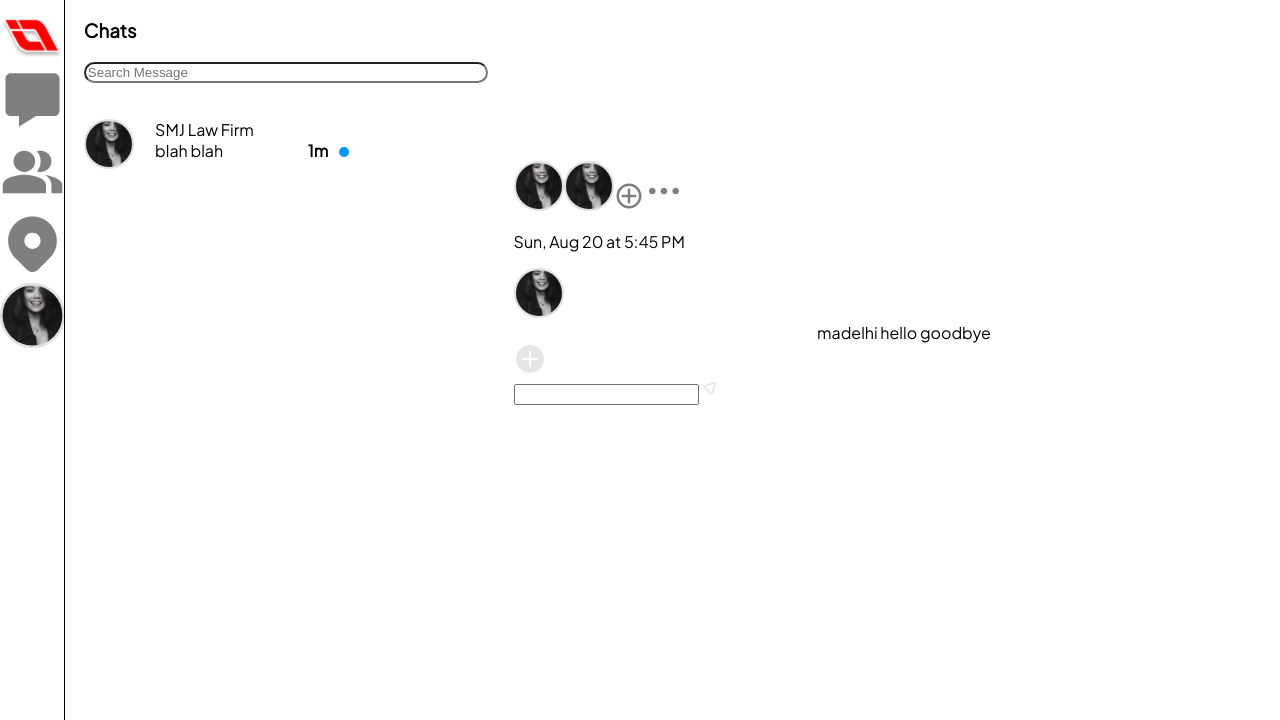
Repository: Nicktacku/LawChat
Page: /homechat (app in frontend/lawchat/)
An editor plug-in stored every save of this project. The page is shown before and after the next save, followed by the edit.
The browser window is 1280 px wide. The pictures show the whole page.
The project was rebuilt for these pictures with package versions that can differ from the ones it lists, and the page was loaded fresh each time. Also part of the build but not shown: frontend/lawchat/src/styles/button.css, frontend/lawchat/src/components/Button.js, frontend/lawchat/src/pages/Home.js, frontend/lawchat/src/pages/Login.js, frontend/lawchat/src/pages/Test.js.

Above is the page before, as saved 2024-08-15 14:44:59.

After the next save:
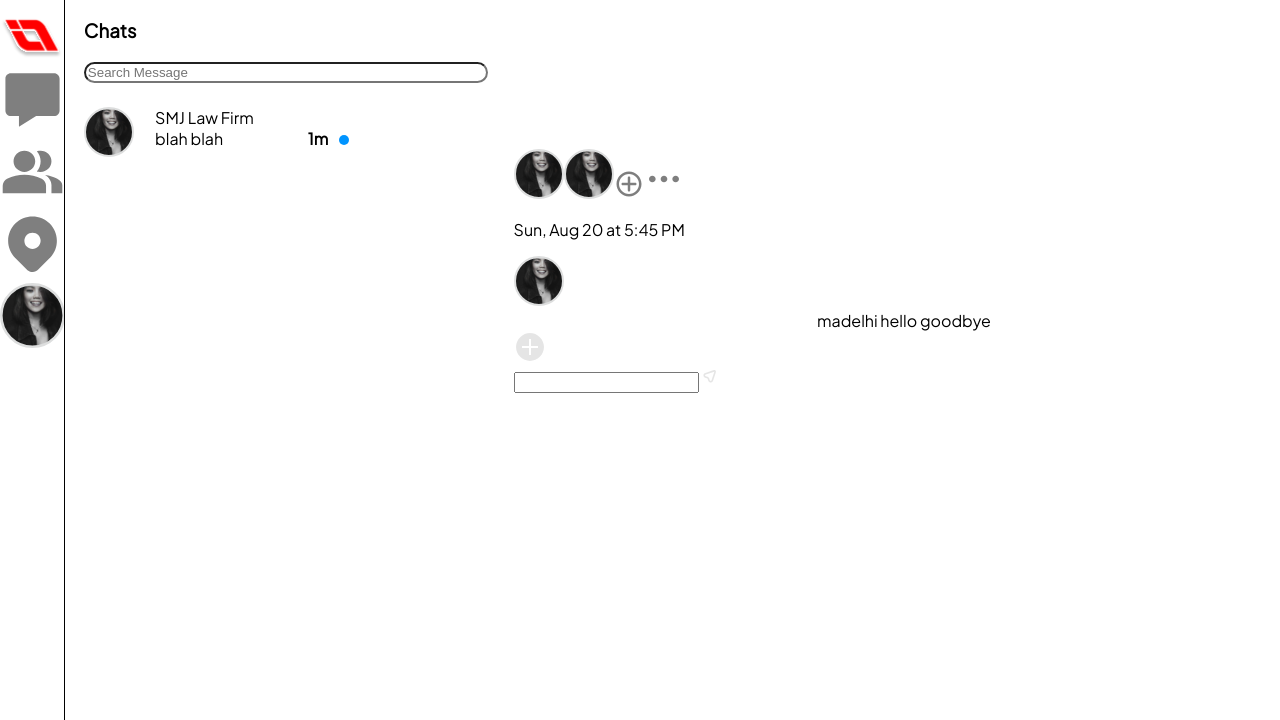
Saved 4 s later.
--- a/frontend/lawchat/src/styles/chatpreview.css
+++ b/frontend/lawchat/src/styles/chatpreview.css
@@ -1,5 +1,5 @@
 .chats-container {
-    margin-top: 3%;
+    margin-top: 2%;
 }
 
 .images{
